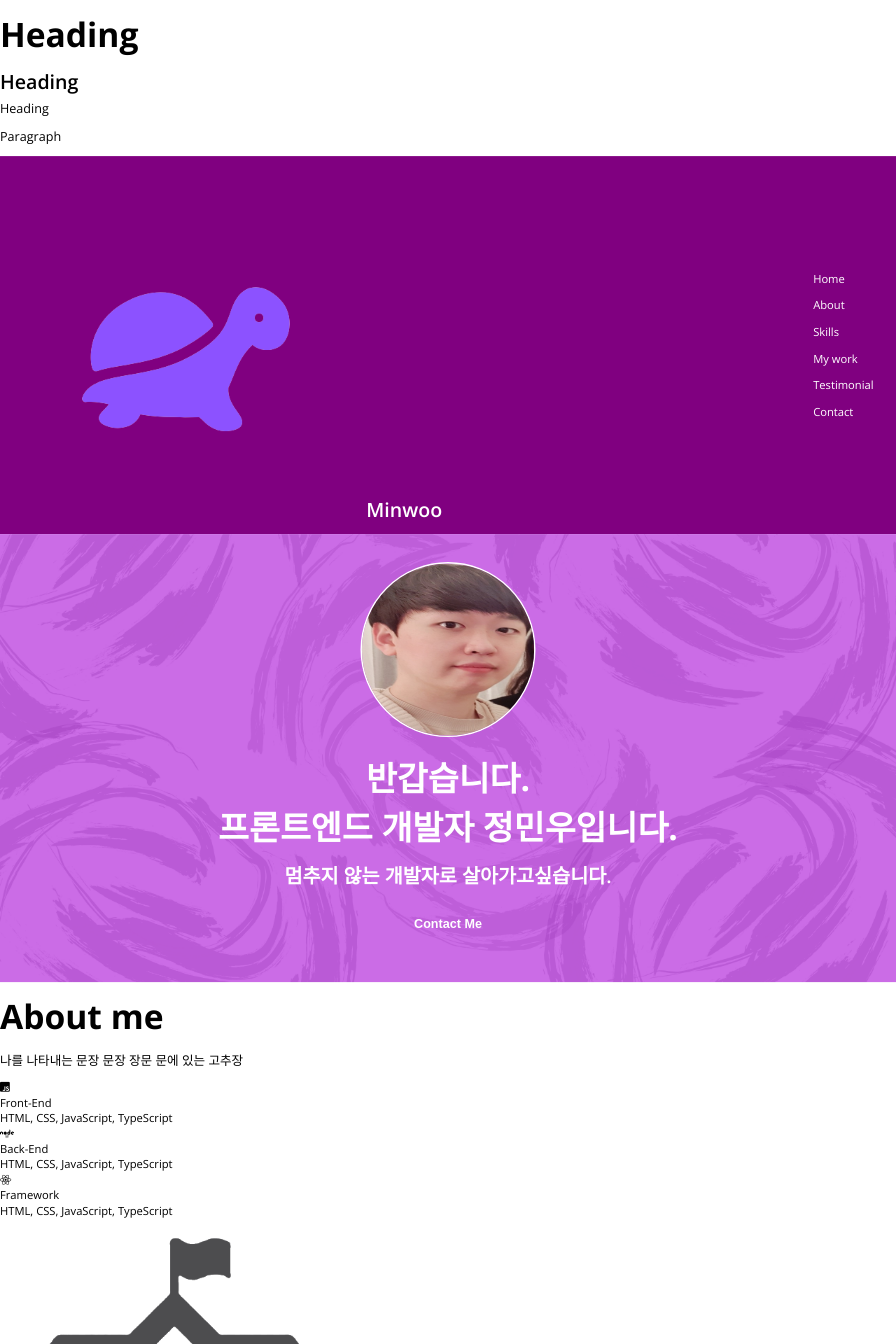
Repository: DevMinwoo-Jung/MinwooPortfolio
Page: index.html
An editor plug-in stored every save of this project. The page is shown before and after the next save, followed by the edit.
The browser window is 1280 px wide. The pictures show the part of the page from y = 0 to 1920 px (the page is 7066 px tall), at 70% of full size.

Above is the page before, as saved 2021-05-31 14:20:09.

After the next save:
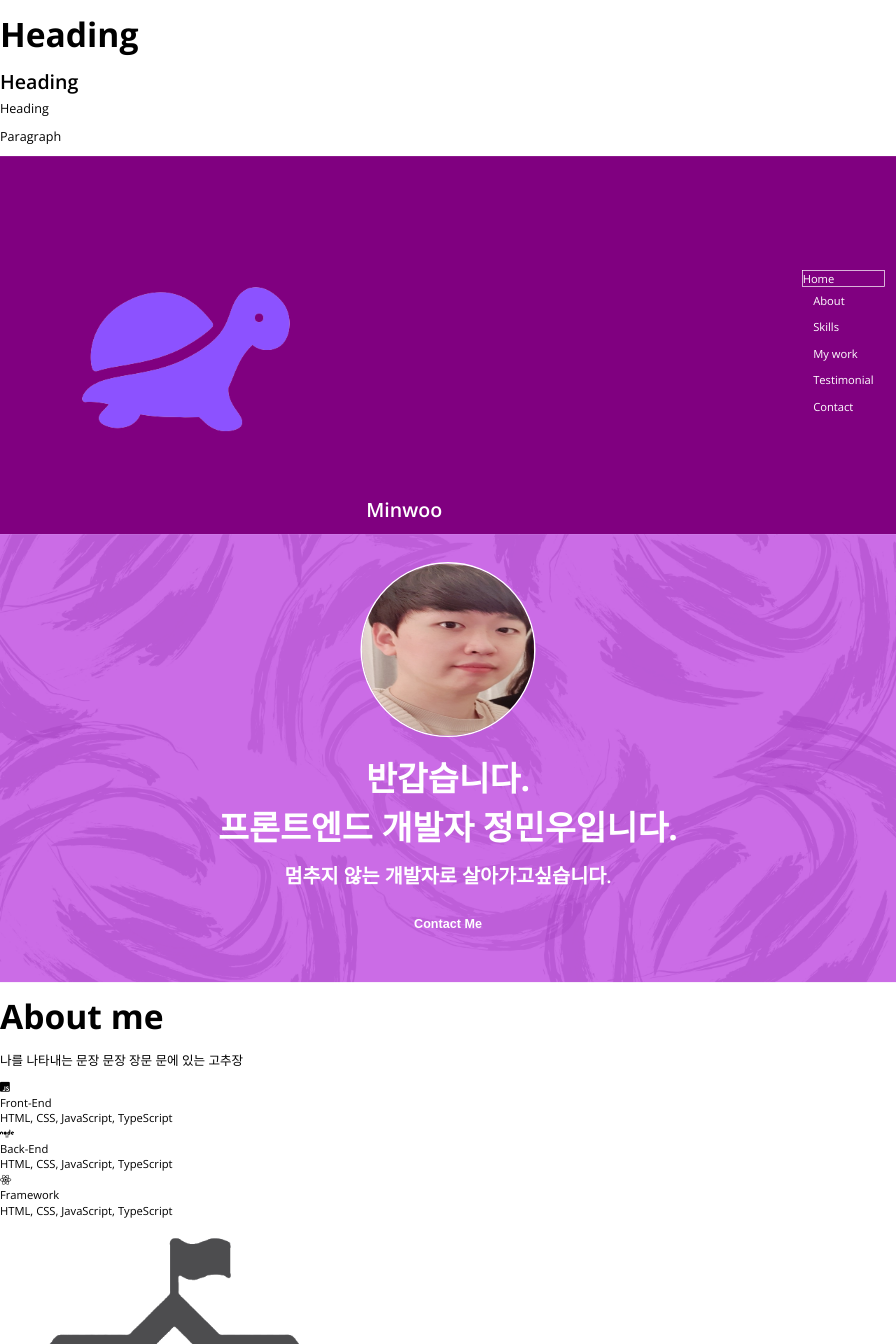
Saved 10 min 47 s later.
--- a/index.html
+++ b/index.html
@@ -20,13 +20,13 @@
   <h3>Heading</h3>
   <p>Paragraph</p>
   <!-- Navbar -->
-  <nav id="navbar">
+  <nav id="navbar" class="section">
     <div class="navbar__logo">
       <img src="imgs/favicon.png" alt="">
       <a href="#">Minwoo</a>
     </div>
       <ul class="nvabar__menu">
-        <li class="navbar__menu__item">Home</li>
+        <li class="navbar__menu__item--active">Home</li>
         <li class="navbar__menu__item">About</li>
         <li class="navbar__menu__item">Skills</li>
         <li class="navbar__menu__item">My work</li>
@@ -35,14 +35,14 @@
       </ul>
   </nav>
   <!-- Home -->
-  <section id="home">
+  <section id="home" class="section">
     <img src="imgs/myPhoto.jpg" alt="Minwoo's profile photo" class="home__avatar">
     <h1 class="home__title">반갑습니다. <br> 프론트엔드 개발자 정민우입니다.</h1>
     <h2 class="home__description">멈추지 않는 개발자로 살아가고싶습니다.</h2>
     <button class="home__contact">Contact Me</button>
   </section>
   <!-- About -->
-  <section id="about">
+  <section id="about" class="section">
     <h1>About me</h1>
     <p>나를 나타내는 문장 문장 장문 문에 있는 고추장</p>
     <div class="about__majors">
@@ -85,7 +85,7 @@
 
   </section>
   <!-- Skills -->
-  <section id="skills">
+  <section id="skills" class="section">
     <h1>Skills</h1>
     <h2>Skills & Attributes</h2>
     <p>
@@ -162,7 +162,7 @@
     </div>
   </section>
   <!-- Work -->
-  <section id="work">
+  <section id="work" class="section">
     <h1>My work</h1>
     <h3>Projects</h3>
     <div class="work__categories">
@@ -208,7 +208,7 @@
     </div>
   </section>
   <!-- Testimonials -->
-  <section id="testimonials">
+  <section id="testimonials" class="section">
     <h1>Testmonials</h1>
     <h3>See what they say about me</h3>
     <div class="testmonials">
@@ -229,7 +229,7 @@
     </div>
   </section>
   <!-- Contact -->
-  <section id="contact">
+  <section id="contact" class="section">
     <h1 class="contact__title">Let's talk</h1>
     <h2 class="contact__email">applejung312@gmail.com</h2>
     <div class="contact__links">
